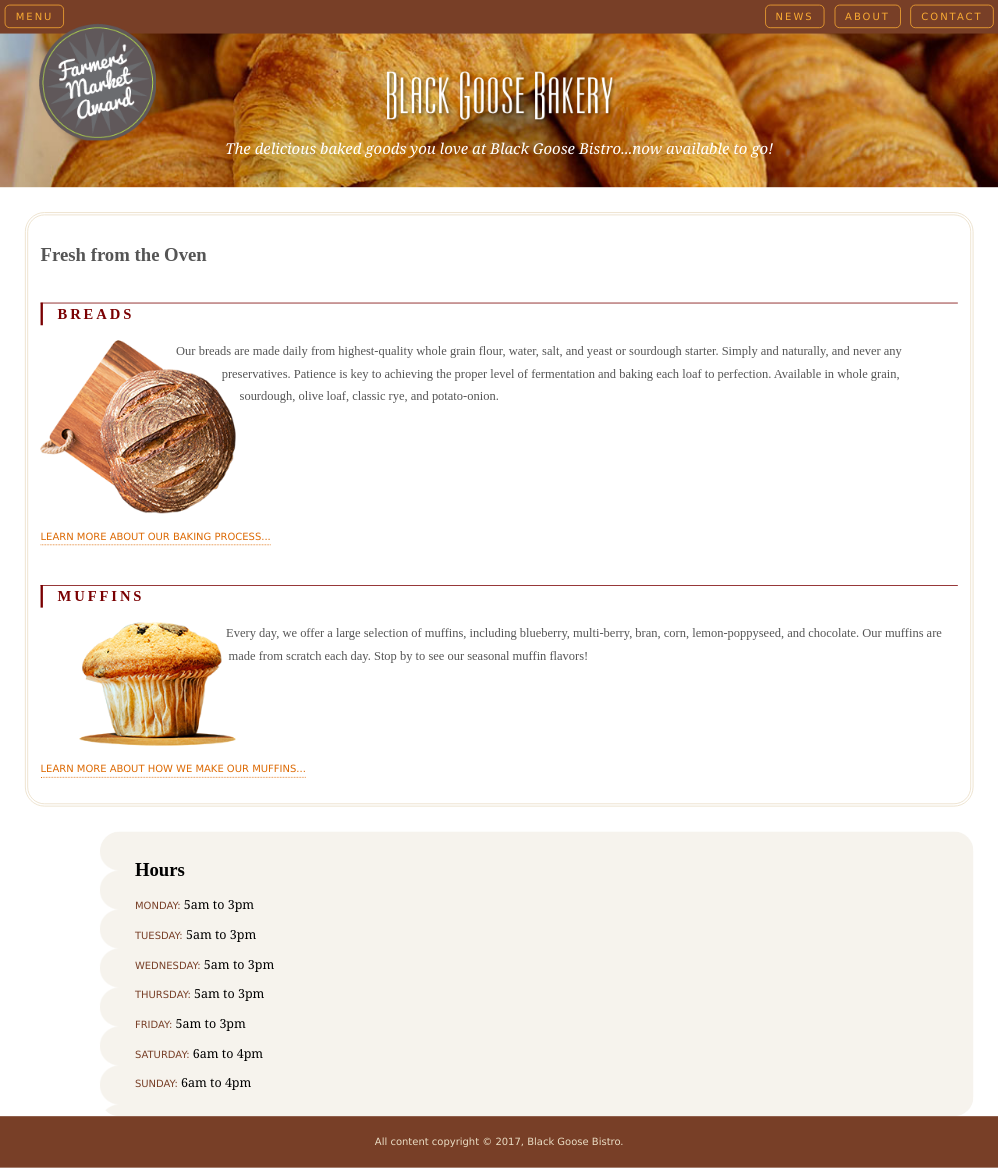
Repository: Colo-Codes/code-practice
Page: 02-css-practice-8.html
An editor plug-in stored every save of this project. The page is shown before and after the next save, followed by the edit.
The browser window is 1280 px wide. The pictures show the whole page, at 78% of full size.
Some web fonts or font styles are not loaded; a fallback is used.

Above is the page before, as saved 2021-05-17 10:55:25.

### 02-css-practice-8.html
<!doctype html>
<html>
<head>
<meta charset="UTF-8">
<title>Black Goose Bakery</title>
<meta name="viewport" content="width=device-width, initial-scale=1">
<link href="https://fonts.googleapis.com/css?family=Stint+Ultra+Expanded" rel="stylesheet">
<style>
@import url(./css/bakery-styles.css);
</style>
</head>

<body>

<header>
  <nav>
    <ul>
      <li><a href="">Menu</a></li>
      <li><a href="">News</a></li>
      <li><a href="">About</a></li>
      <li><a href="">Contact</a></li>
    </ul>
  </nav>
  <h1><img src="./assets/img/bgb_logo.png" alt="Black Goose Bakery"></h1>
  <p>The delicious baked goods you love at Black Goose Bistro...now available to go!</p>
</header>

<main>
  <h2>Fresh from the Oven</h2>
  <h3>Breads</h3>
  <p><img src="./assets/img/bread.png" alt="round loaf of bread on cutting board"> Our breads are made daily from highest-quality whole grain flour, water, salt, and yeast or sourdough starter. Simply and naturally, and never any preservatives. Patience is key to achieving the proper level of fermentation and baking each loaf to perfection. Available in whole grain, sourdough, olive loaf, classic rye, and potato-onion.</p>
  <p class="more"><a href="">Learn more about our baking process...</a></p>

  <h3>Muffins</h3>
  <p><img src="./assets/img/muffin.png" alt="one chocolate chip muffin"> Every day, we offer a large selection of muffins, including blueberry, multi-berry, bran, corn, lemon-poppyseed, and chocolate. Our muffins are made from scratch each day. Stop by to see our seasonal muffin flavors!</p>
  <p class="more"><a href="">Learn more about how we make our muffins...</a></p>
</main>

<aside>
  <h2>Hours</h2>
  <p><span class="day">Monday:</span> 5am to 3pm</p>
  <p><span class="day">Tuesday:</span> 5am to 3pm</p>
  <p><span class="day">Wednesday:</span> 5am to 3pm</p>
  <p><span class="day">Thursday:</span> 5am to 3pm</p>
  <p><span class="day">Friday:</span> 5am to 3pm</p>
  <p><span class="day">Saturday:</span> 6am to 4pm</p>
  <p><span class="day">Sunday:</span> 6am to 4pm</p>
</aside>

<footer>
<p>All content copyright &copy; 2017, Black Goose Bistro.</p>
  <div id="award">
    <img src="./assets/img/award.png" alt="Farmers' Market Award">
  </div>
</footer>

</body>
</html>

### css/bakery-styles.css
@charset "UTF-8";
html {
  box-sizing: border-box;
}
*, *:before, *:after {
  box-sizing: inherit;
  /* Enable to debug */
  /* outline: #f66 dashed 1px; */
}
body {
  font-family: Georgia, serif;
  font-size: 100%;
  background-color: white;
  margin: 0; /* Reset margins */
}

/* link styles */
a:link, a:visited {color: #DC6903;}
a:focus, a:hover, a:active { color: #F9AB33; }
a {
  text-decoration: none;
  border-bottom: 1px dotted;
  padding-bottom: .2em;
}

/* header styles */
header {
  color: white;
  background:  url(../assets/img/croissants_banner.jpg) no-repeat center center;
  background-size: cover;
  text-align: center;
  height: 15em;
}
header p {
  font-style: italic;
  font-size: 1.2em;
  margin-top: -12px;
}
header h1 {
  margin-top: 1.5em;
}

/* nav styles */
nav, footer {
  font-family: verdana, sans-serif;
  background-color: #783F27;
}
nav ul li a {
  display: block;
  border: 1px solid;
  border-radius: .5em;
  padding: .5em 1em;
  margin: .5em;
}
nav ul li:first-child {
  margin-right: auto;
}
nav ul li a:link, nav ul li a:visited {
  color: #F9AB33;
}
nav ul li a:focus, nav ul li a:hover, nav ul li a:active {
  color: #fff;
}
nav ul li {
  font-size: .8em;
  text-transform: uppercase;
  letter-spacing: .2em;
}
nav ul {
  margin: 0; /* Reset margins */
  padding: 0;
  list-style-type: none;
  display: flex;
  justify-content: center;
}

/* main "products" styles */
main {
  font-family: 'Stint Ultra Expanded', cursive;
  background-color: white;
  line-height: 1.8em;
  color: #555;
  padding: 1em;
  border: double 4px #eaddc4;
  border-radius: 25px;
  margin: 2.5%;
}
main img {
  float: left;
  margin: 0 1em 1em 0;
}
img[src*="bread"] {
  shape-outside: ellipse(130px 95px at 50% 50%);
}
img[src*="muffin"] {
  margin-left: 50px;
  shape-outside: polygon(0px 0px, 197px 0px, 241px 31px, 241px 68px, 226px 82px, 219px 131px, 250px 142px, 250px 158px, 0px 158px);
}
h3 {
  text-transform: uppercase;
  letter-spacing: .2em;
  color: #7A0002;
  border-top: 1px solid;
  border-left: 3px solid;
  padding-left: 1em;
  margin-top: 2.5em;
}
p.more {
  font-family: verdana, sans-serif;
  text-transform: uppercase;
  font-size: .8em;
  clear: left;
}

/* aside "hours" styles */
aside {
  background: url(../assets/img/scallop.png) repeat-y left top;
  background-color: #F6F3ED;
  padding: 1em;
  padding-left: 45px;
  border-radius: 25px;
  margin: 1em 2.5% 0 10%;
}
/* misc styles */
footer {
  color: #EADDC4;
  text-align: center;
  font-size: .8em;
  padding: 1em;
}
h2 {
  font-family: 'Stint Ultra Expanded', cursive;
}
.day {
  color: #783F27;
  font-family: verdana, sans-serif;
  font-size: .8em;
  text-transform: uppercase;
}
div#award {
  position: fixed;
  top: 30px;
  left: 50px;
}

After the next save:
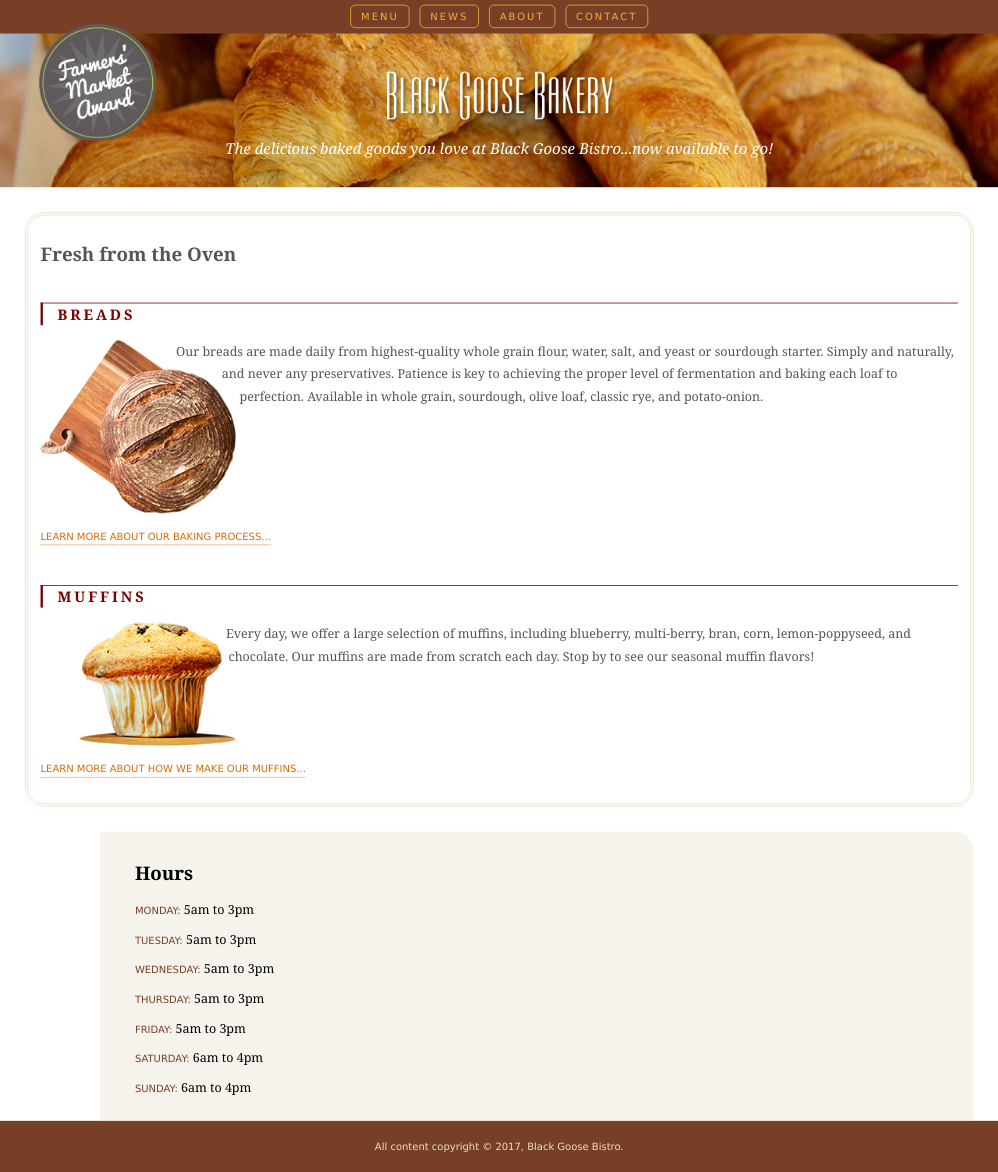
Not found: css/images/scallop.png
Saved 50 s later.
--- a/css/bakery-styles.css
+++ b/css/bakery-styles.css
@@ -2,26 +2,28 @@
 html {
   box-sizing: border-box;
 }
-*, *:before, *:after {
+* {
   box-sizing: inherit;
-  /* Enable to debug */
-  /* outline: #f66 dashed 1px; */
 }
+
 body {
   font-family: Georgia, serif;
   font-size: 100%;
   background-color: white;
-  margin: 0; /* Reset margins */
+  margin: 0;
 }
 
 /* link styles */
-a:link, a:visited {color: #DC6903;}
+a:link, a:visited { color: #DC6903; }
 a:focus, a:hover, a:active { color: #F9AB33; }
+
 a {
   text-decoration: none;
   border-bottom: 1px dotted;
   padding-bottom: .2em;
 }
+
+
 
 /* header styles */
 header {
@@ -40,10 +42,30 @@ header h1 {
   margin-top: 1.5em;
 }
 
+
 /* nav styles */
 nav, footer {
   font-family: verdana, sans-serif;
   background-color: #783F27;
+}
+nav ul li a:link, nav ul li a:visited {
+  color: #F9AB33;
+}
+nav ul li a:focus, nav ul li a:hover, nav ul li a:active {
+  color: #fff;
+}
+nav ul {
+  margin: 0;
+  padding: 0;
+  list-style-type: none;
+  display: flex;
+  justify-content: center;
+
+}
+nav ul li {
+  font-size: .8em;
+  text-transform: uppercase;
+  letter-spacing: .2em;
 }
 nav ul li a {
   display: block;
@@ -52,49 +74,18 @@ nav ul li a {
   padding: .5em 1em;
   margin: .5em;
 }
-nav ul li:first-child {
-  margin-right: auto;
-}
-nav ul li a:link, nav ul li a:visited {
-  color: #F9AB33;
-}
-nav ul li a:focus, nav ul li a:hover, nav ul li a:active {
-  color: #fff;
-}
-nav ul li {
-  font-size: .8em;
-  text-transform: uppercase;
-  letter-spacing: .2em;
-}
-nav ul {
-  margin: 0; /* Reset margins */
-  padding: 0;
-  list-style-type: none;
-  display: flex;
-  justify-content: center;
-}
+
 
 /* main "products" styles */
 main {
-  font-family: 'Stint Ultra Expanded', cursive;
+  font-family: 'Stint Ultra Expanded', Georgia, serif;
   background-color: white;
   line-height: 1.8em;
   color: #555;
   padding: 1em;
-  border: double 4px #eaddc4;
+  border: double 4px #EADDC4;
   border-radius: 25px;
   margin: 2.5%;
-}
-main img {
-  float: left;
-  margin: 0 1em 1em 0;
-}
-img[src*="bread"] {
-  shape-outside: ellipse(130px 95px at 50% 50%);
-}
-img[src*="muffin"] {
-  margin-left: 50px;
-  shape-outside: polygon(0px 0px, 197px 0px, 241px 31px, 241px 68px, 226px 82px, 219px 131px, 250px 142px, 250px 158px, 0px 158px);
 }
 h3 {
   text-transform: uppercase;
@@ -111,14 +102,33 @@ p.more {
   font-size: .8em;
   clear: left;
 }
+main img {
+  float: left;
+  margin: 0 1em 1em 0;
+}
+
+img[src*="bread"] {
+  -webkit-shape-outside: ellipse(130px 95px at 50% 50%);
+  shape-outside: ellipse(130px 95px at 50% 50%);
+}
+
+img[src*="muffin"] {
+  margin-left: 50px;
+  -webkit-shape-outside: circle(125px);
+  shape-outside: circle(125px);
+  -webkit-shape-outside: polygon(0px 0px, 197px 0px, 241px 31px, 241px 68px, 226px 82px, 219px 131px, 250px 142px, 250px 158px, 0px 158px);
+  shape-outside: polygon(0px 0px, 197px 0px, 241px 31px, 241px 68px, 226px 82px, 219px 131px, 250px 142px, 250px 158px, 0px 158px);
+}
+
+
 
 /* aside "hours" styles */
 aside {
-  background: url(../assets/img/scallop.png) repeat-y left top;
+  background: url(images/scallop.png) repeat-y left top;
   background-color: #F6F3ED;
   padding: 1em;
   padding-left: 45px;
-  border-radius: 25px;
+  border-top-right-radius: 25px;
   margin: 1em 2.5% 0 10%;
 }
 /* misc styles */
@@ -128,8 +138,13 @@ footer {
   font-size: .8em;
   padding: 1em;
 }
+#award {
+  position: fixed;
+  top: 30px;
+  left: 50px;
+}
 h2 {
-  font-family: 'Stint Ultra Expanded', cursive;
+  font-family: 'Stint Ultra Expanded', Georgia, serif;
 }
 .day {
   color: #783F27;
@@ -137,8 +152,4 @@ h2 {
   font-size: .8em;
   text-transform: uppercase;
 }
-div#award {
-  position: fixed;
-  top: 30px;
-  left: 50px;
-}
+/* CSS Document */

After the save that followed:
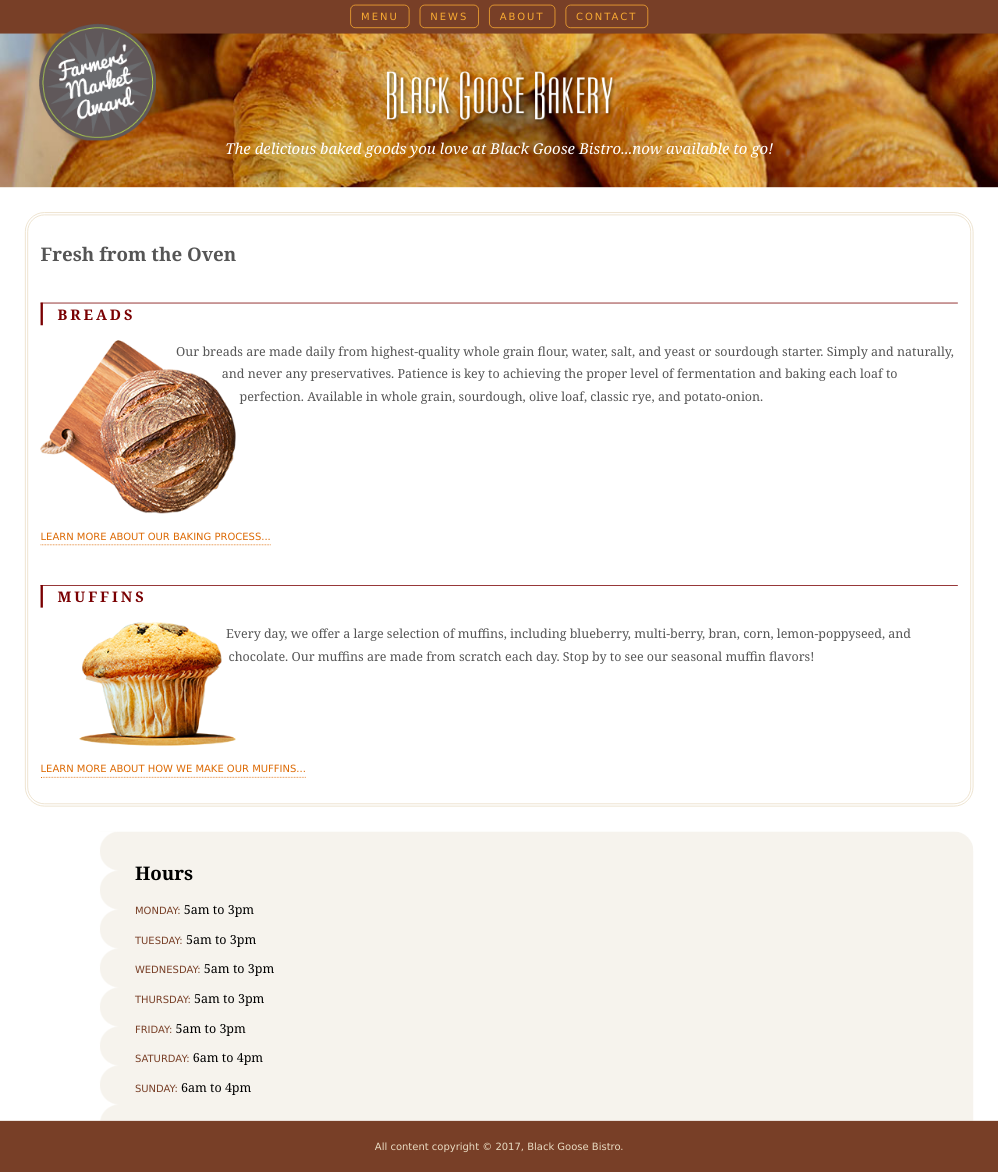
Saved 18 s later.
--- a/css/bakery-styles.css
+++ b/css/bakery-styles.css
@@ -124,7 +124,7 @@ img[src*="muffin"] {
 
 /* aside "hours" styles */
 aside {
-  background: url(images/scallop.png) repeat-y left top;
+  background: url(../assets/img/scallop.png) repeat-y left top;
   background-color: #F6F3ED;
   padding: 1em;
   padding-left: 45px;
